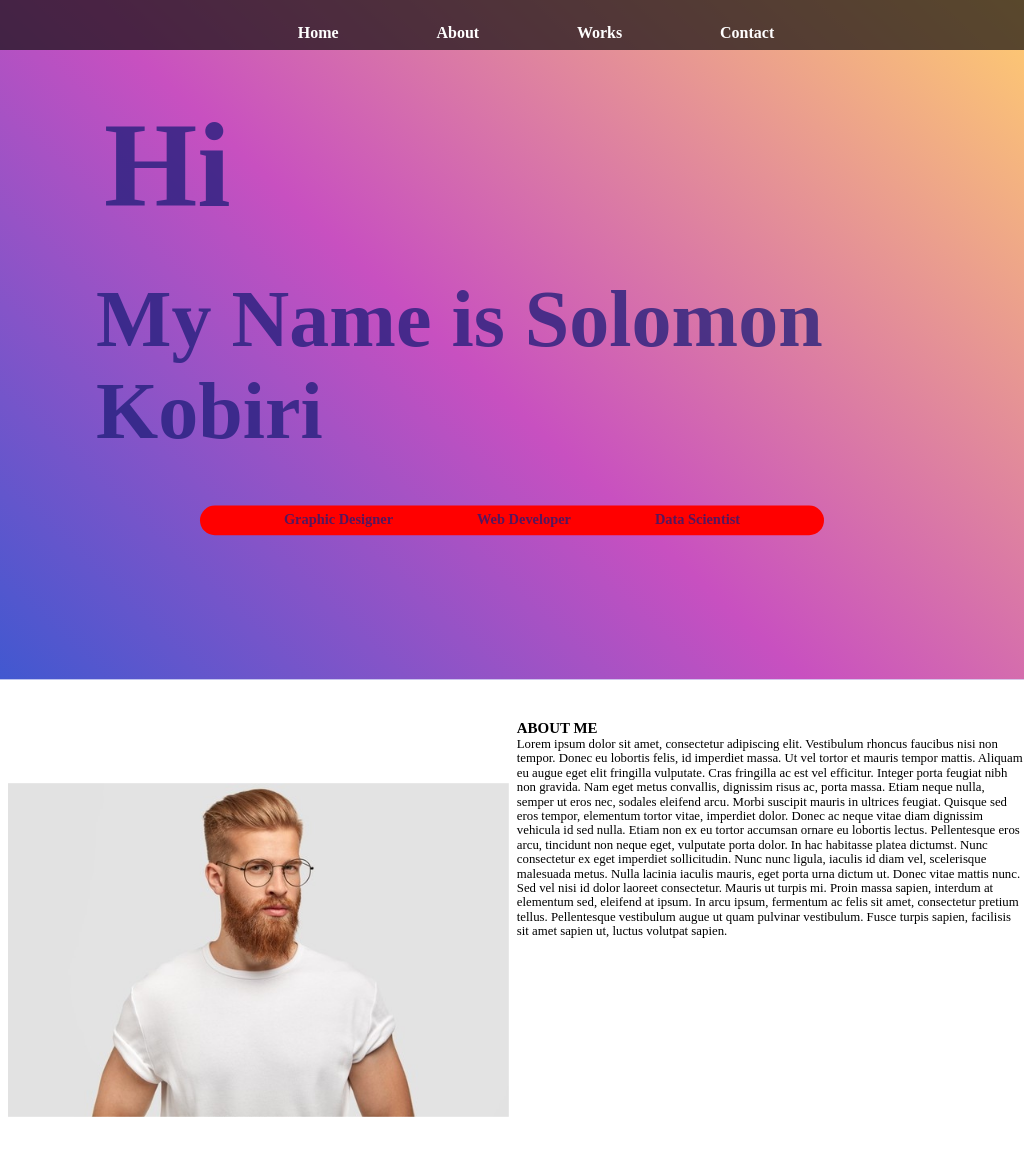
Repository: Kwabena-Kobiri/yellocoders
Page: index.html
These files come from the project's save history. The page is drawn as it stood at one moment and after the next save; the edit follows.
The browser window is 1280 px wide. The pictures show the whole page, at 80% of full size.

Above is the page before, as saved 2021-05-13 11:28:38.

### index.html
<!DOCTYPE html>
<html lang="en">
<head>
    <meta charset="UTF-8">
    <meta http-equiv="X-UA-Compatible" content="IE=edge">
    <meta name="viewport" content="width=device-width, initial-scale=1.0">
    <link rel="stylesheet" href="index.css" />
    <title>Y'ello</title>
</head>
<body>
    <!-- HEADER COMPONENT STARTS HERE -->
    <header id="header">
        <nav id="nav">
            <ul>
                <li>Home</li>
                <li>About</li>
                <li>Works</li>
                <li>Contact</li>
            </ul>
        </nav>
    </header>
    <!-- HEADER COMPONENT ENDS HERE -->


    <!-- LANDING PAGE STARTS HERE  -->
    <section id="LandingPage">
        <div class="Details">
            <h1>Hi</h1>
            <h3>My Name is Solomon Kobiri</h3>
        </div>
        <div class="Skills">
            <h5>Graphic Designer</h5>
            <h5>Web Developer</h5>
            <h5>Data Scientist</h5>
        </div>
    </section>
    <!-- LANDING PAGE ENDS HERE -->

    <!--ABOUT PAGE STARTS HERE-->
    <section id="About">
        <div class="ImageDiv">
            <img src="Images/profile.jpg" alt="Profile Picture"/>
        </div>
        <div class="Description">
            <h3>ABOUT ME</h3>
            <p>
                Lorem ipsum dolor sit amet, consectetur adipiscing elit. Vestibulum rhoncus faucibus nisi non tempor. Donec eu lobortis felis, id imperdiet massa. Ut vel tortor et mauris tempor mattis. Aliquam eu augue eget elit fringilla vulputate. Cras fringilla ac est vel efficitur. Integer porta feugiat nibh non gravida. Nam eget metus convallis, dignissim risus ac, porta massa. Etiam neque nulla, semper ut eros nec, sodales eleifend arcu.

                Morbi suscipit mauris in ultrices feugiat. Quisque sed eros tempor, elementum tortor vitae, imperdiet dolor. Donec ac neque vitae diam dignissim vehicula id sed nulla. Etiam non ex eu tortor accumsan ornare eu lobortis lectus. Pellentesque eros arcu, tincidunt non neque eget, vulputate porta dolor. In hac habitasse platea dictumst. Nunc consectetur ex eget imperdiet sollicitudin. Nunc nunc ligula, iaculis id diam vel, scelerisque malesuada metus.

                Nulla lacinia iaculis mauris, eget porta urna dictum ut. Donec vitae mattis nunc. Sed vel nisi id dolor laoreet consectetur. Mauris ut turpis mi. Proin massa sapien, interdum at elementum sed, eleifend at ipsum. In arcu ipsum, fermentum ac felis sit amet, consectetur pretium tellus. Pellentesque vestibulum augue ut quam pulvinar vestibulum. Fusce turpis sapien, facilisis sit amet sapien ut, luctus volutpat sapien.
            </p>
        </div>
    </section>
    <!--ABOUT PAGE ENDS HERE-->


















    <!-- MY WORKS PAGE STARTS HERE -->
    <!-- <section id="Works">
        <h3>CHECK OUT MY WORKS</h3>
        <div class="work_box">
            <img src="Images/work1.jpg" alt="First Project"/>
            <p>
                Lorem ipsum dolor sit amet, consectetur adipiscing elit. Vestibulum rhoncus faucibus nisi non tempor. Donec eu lobortis felis, id imperdiet massa. Ut vel tortor et mauris tempor mattis. Aliquam eu augue eget elit fringilla vulputate. Cras fringilla ac est vel efficitur. Integer porta feugiat nibh non gravida. Nam eget metus convallis, dignissim risus ac, porta massa. Etiam neque nulla, semper ut eros nec, sodales eleifend arcu.

                Morbi suscipit mauris in ultrices feugiat. Quisque sed eros tempor, elementum tortor vitae, imperdiet dolor. Donec ac neque vitae diam dignissim vehicula id sed nulla. Etiam non ex eu tortor accumsan ornare eu lobortis lectus. Pellentesque eros arcu, tincidunt non neque eget, vulputate porta dolor. In hac habitasse platea dictumst. Nunc consectetur ex eget imperdiet sollicitudin. Nunc nunc ligula, iaculis id diam vel, scelerisque malesuada metus.
            </p>
        </div>
        <div class="work_box">
            <p>
                Lorem ipsum dolor sit amet, consectetur adipiscing elit. Vestibulum rhoncus faucibus nisi non tempor. Donec eu lobortis felis, id imperdiet massa. Ut vel tortor et mauris tempor mattis. Aliquam eu augue eget elit fringilla vulputate. Cras fringilla ac est vel efficitur. Integer porta feugiat nibh non gravida. Nam eget metus convallis, dignissim risus ac, porta massa. Etiam neque nulla, semper ut eros nec, sodales eleifend arcu.

                Morbi suscipit mauris in ultrices feugiat. Quisque sed eros tempor, elementum tortor vitae, imperdiet dolor. Donec ac neque vitae diam dignissim vehicula id sed nulla. Etiam non ex eu tortor accumsan ornare eu lobortis lectus. Pellentesque eros arcu, tincidunt non neque eget, vulputate porta dolor. In hac habitasse platea dictumst. Nunc consectetur ex eget imperdiet sollicitudin. Nunc nunc ligula, iaculis id diam vel, scelerisque malesuada metus.
            </p>
            <img src="Images/work2.jfif" alt="First Project"/>
        </div>
        <div class="work_box">
            <img src="Images/work3.webp" alt="First Project"/>
            <p>
                Lorem ipsum dolor sit amet, consectetur adipiscing elit. Vestibulum rhoncus faucibus nisi non tempor. Donec eu lobortis felis, id imperdiet massa. Ut vel tortor et mauris tempor mattis. Aliquam eu augue eget elit fringilla vulputate. Cras fringilla ac est vel efficitur. Integer porta feugiat nibh non gravida. Nam eget metus convallis, dignissim risus ac, porta massa. Etiam neque nulla, semper ut eros nec, sodales eleifend arcu.

                Morbi suscipit mauris in ultrices feugiat. Quisque sed eros tempor, elementum tortor vitae, imperdiet dolor. Donec ac neque vitae diam dignissim vehicula id sed nulla. Etiam non ex eu tortor accumsan ornare eu lobortis lectus. Pellentesque eros arcu, tincidunt non neque eget, vulputate porta dolor. In hac habitasse platea dictumst. Nunc consectetur ex eget imperdiet sollicitudin. Nunc nunc ligula, iaculis id diam vel, scelerisque malesuada metus.
            </p>
        </div>
        <div class="work_box">
            <p>
                Lorem ipsum dolor sit amet, consectetur adipiscing elit. Vestibulum rhoncus faucibus nisi non tempor. Donec eu lobortis felis, id imperdiet massa. Ut vel tortor et mauris tempor mattis. Aliquam eu augue eget elit fringilla vulputate. Cras fringilla ac est vel efficitur. Integer porta feugiat nibh non gravida. Nam eget metus convallis, dignissim risus ac, porta massa. Etiam neque nulla, semper ut eros nec, sodales eleifend arcu.

                Morbi suscipit mauris in ultrices feugiat. Quisque sed eros tempor, elementum tortor vitae, imperdiet dolor. Donec ac neque vitae diam dignissim vehicula id sed nulla. Etiam non ex eu tortor accumsan ornare eu lobortis lectus. Pellentesque eros arcu, tincidunt non neque eget, vulputate porta dolor. In hac habitasse platea dictumst. Nunc consectetur ex eget imperdiet sollicitudin.
            </p>
            <img src="Images/work4.png" alt="First Project"/>
        </div>
    </section> -->

    <!-- MY WORKS PAGE ENDS HERE -->

    <!-- CONTACT PAGE STARTS HERE -->
    <!-- <section id="Contact">
        <form id="Form">
            <h3>Contact Me</h3>
            <input type="text" placeholder="Name">
            <input type="email" placeholder="Email">
            <textarea rows="4" cols="50" placeholder="Message"></textarea>
            <input type="submit" text="Submit" class="submit">
        </form>
    </section> -->

    <!-- CONTACT PAGE ENDS HERE -->

    <!-- FOOTER STARTS HERE -->
    <!-- <footer id="footer">
        <h3>Connect With Me</h3>
        <div class="Icons">
            <a href="#"><img src="Images/Instagram.jpg" alt="Instagram"></a>
            <a href="#"><img src="Images/Facebook.png" alt="Facebook"></a>
            <a href="#"><img src="Images/WhatsApp.svg.png" alt="Whatsapp"></a>
            <a href="https://www.linkedin.com/in/solomon-kobiri"><img src="Images/LinkedIn.png" alt="LinkedIn"></a>
            <a href="#"><img src="Images/GitHub.svg" alt="GitHub"></a>
        </div>
        <h4>Made with ❤ by Solomon Kobiri</h4>
        <h5>Copyright &copy; 2021</h5>
    </footer> -->

    <!-- FOOTER ENDS HERE -->
</body>
</html>

### index.css
* {
    /* background-color: red; */
    margin: 0px;
}

body {
    display: flex;           /*Used flexbox on the whole page */
    flex-direction: column;
}

/* HEADER STYLING STARTS HERE */
#header {
    background-color: rgba(19, 17, 17, 0.7);
    justify-content: center;
    padding: 10px;
    width: 100%;
    position: fixed;
    z-index: 999;
    color: white;
}

#nav {
    margin: 20px 200px 0px 200px;
    /* background-color: blue; */
}

#nav > ul {
    display: flex;
    flex-direction: row;
    justify-content: space-evenly;
    list-style: none;
}

#nav > ul > li {
    text-decoration: none;
    font-size: 20px;
    font-weight: 550;
}

/* HEADER STYLING ENDS HERE */


/* LANDING PAGE STYLING STARTS HERE */
#LandingPage {
    /* position: absolute; */
    width: 100%;
    z-index: 0;
    color: rgba(32, 30, 122, 0.767);
    background-color: #4158D0;
    background-image: linear-gradient(43deg, #4158D0 0%, #C850C0 46%, #FFCC70 100%);
    /* background-color: red; */
}

.Details {
    margin-top: 100px;
    margin-left: 100px;
    /* background-color: aqua;  */
}

.Details > h1 {
    margin: 50px 0px 20px 10px;
    font-size: 150px;
    padding: 20px;
}

.Details > h3 {
    margin-left: 10px;
    font-size: 100px;
    padding: 10px;
    justify-content: center;
}

.Skills {
    background-color: red;
    margin: 50px 250px 180px 250px;
    display: flex;
    flex-direction: row;
    justify-content: space-evenly;
    height: 30px;
    padding-top: 7px;
    border-radius: 20px;
}

.Skills > h5 {
    font-size: large;
    font-weight: bolder;
}

/* LANDING PAGE STYLING ENDS HERE */


/*STYLING FOR ABOUT ME PAGE STARTS HERE*/

#About {
    display: flex;
    flex-direction: row;
    height: 500px;
    margin: 50px 0px 50px 0px;
    background: rgb(255, 255, 255);
}

.ImageDiv {
    flex: 2;
    position: relative;
    padding: 80px 10px 0px 10px;
}

/* .ImageDiv > img {
    border-radius: 40%;
} */

/* .Description {
    padding: 20px;
    flex: 3;
    display: flex;
    flex-direction: column;
} */

/* .Description > h3 {
    text-align: center;
    margin-top: 10px;
    font-size: 50px;
    color: rgba(32, 30, 122, 0.767);
    border-bottom: 2px solid black;
} */

/* .Description > p {
    color: rgba(32, 30, 122, 0.9);
    font-size: 22px;
    margin-top: 10px;
    padding: 5px;
} */
/*STYLING FOR ABOUT ME PAGE ENDS HERE*/



















/* STYLING FOR MY WORKS PAGE STARTS HERE */
/* #Works {
    margin: 100px 0px 0px 0px;
    width: cover;
    padding: 40px;
    background-color: #80D0C7;
} */

/* #Works > h3 {
    text-align: center;
    font-size: xx-large;
    color: rgba(32, 30, 122, 0.9);
} */

/* .work_box {
    width: 70%;
    height: 200px;
    display: flex;
    flex: 1;
    padding: 10px;
    margin-left: 180px;
} */

/* .work_box > img {
    flex: 2;
    padding: 10px;
    margin: 0px 10px 0px 10px;
    background-color: rgb(228, 227, 227);
    box-shadow: 12px 12px 2px 1px rgba(0, 0, 255, .2);
} */

/* .work_box > p {
    flex: 4;
    padding: 10px;
    background-color:aliceblue;
} */

/* STYLING FOR MY WORKS PAGE ENDS HERE */


/* STYLING FOR CONTACTS PAGE STARTS HERE */
/* #Contact {
    height: 500px;
    width: cover;
    background-image: url('Images/background.jpg');
    background-size: cover;
    background-attachment: fixed;
} */

/* form {
    background-color: rgba(151, 54, 54, 0.7);
    height: 70%;
    width: 50%;
    align-self: center;
    margin: auto;
    margin-top: 5%;
    position: relative;
    display: flex;
    flex-direction: column;
    padding: 20px;
} */

/* form > h3 {
    text-align: center;
    margin: 10px;
    padding: 5px;
    font-size: xx-large;
    color: white;
} */

/* form > input {
    width: 70%;
    height: 30px;
    margin: 10px;
    padding: 5px;
    position: relative;
    margin-left: 100px;
} */

/* textarea {
    width: 70%;
    margin: 10px;
    margin-left: 100px;
} */

/* .submit {
    width: 100px;
    margin-top: 30px;
    background-color: rgb(177, 49, 134);
    color: white;
    font-weight: bold;
} */

/* STYLING FOR CONTACTS PAGE ENDS HERE */


/* STYLING FOR FOOTER STARTS HERE */
/* #footer {
    background-color: white;
    height: 300px;
    width: cover;
} */

/* .Icons {
    display: flex;
    flex-direction: row;
    align-self: center;
    width: 40%;
    margin: 30px 0px 70px 500px;
} */

/* .Icons > a {
    width: 25%;
    height: 25%;
} */

/* .Icons > a > img {
    width: 40%;
    height: 40%;
    padding: 5px;
    margin: 0px;
} */

/* footer > h3 {
    text-align: center;
    font-size: xx-large;
    color: rgba(32, 30, 122, 0.9);
    margin: 20px;
} */

/* footer > h4,h5 {
    color: rgba(32, 30, 122, 0.9);
    text-align: center;
} */

/* STYLING FOR FOOTER ENDS HERE */

After the next save:
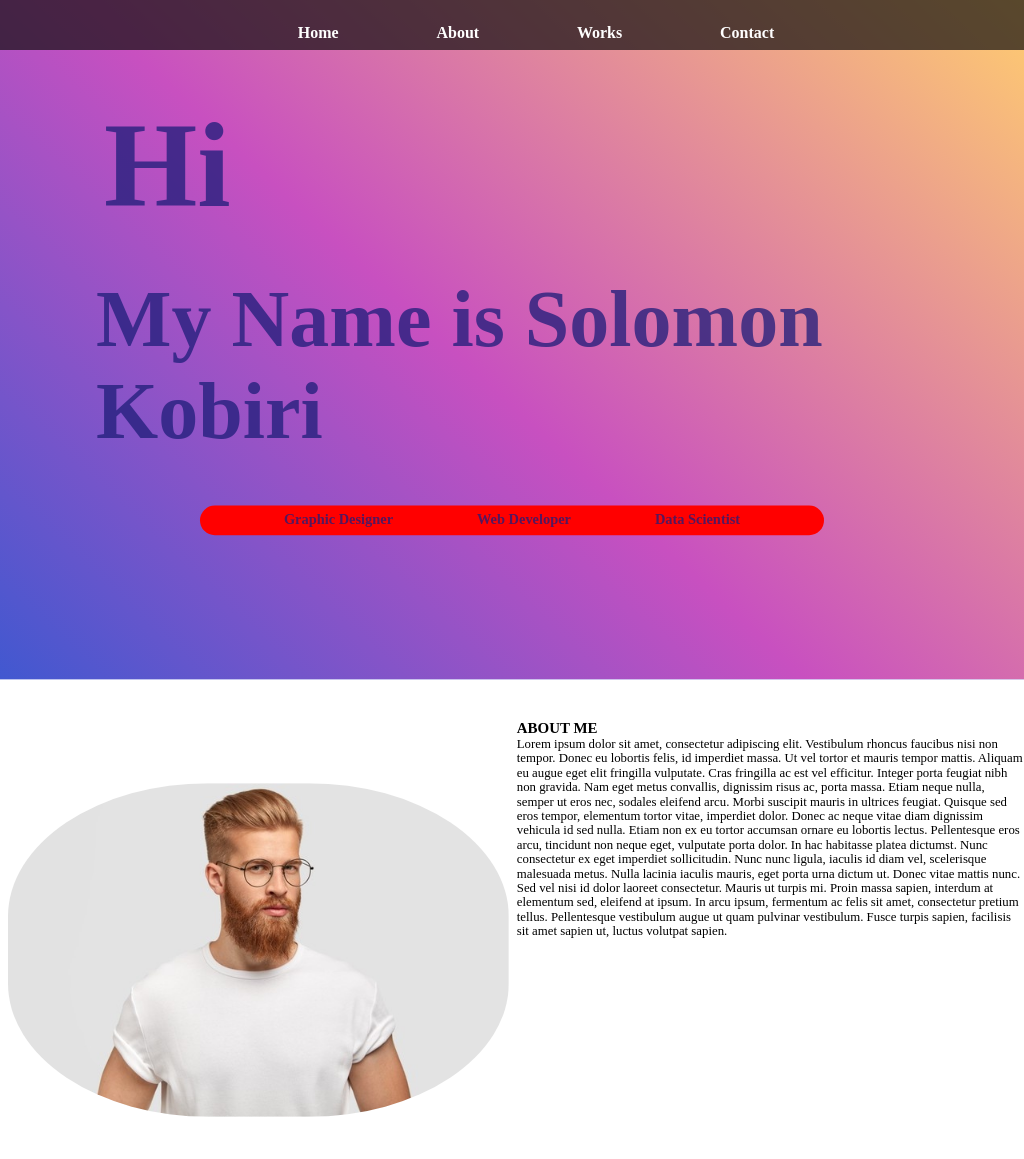
Saved 16 s later.
--- a/index.css
+++ b/index.css
@@ -105,9 +105,9 @@ body {
     padding: 80px 10px 0px 10px;
 }
 
-/* .ImageDiv > img {
+.ImageDiv > img {
     border-radius: 40%;
-} */
+}
 
 /* .Description {
     padding: 20px;
